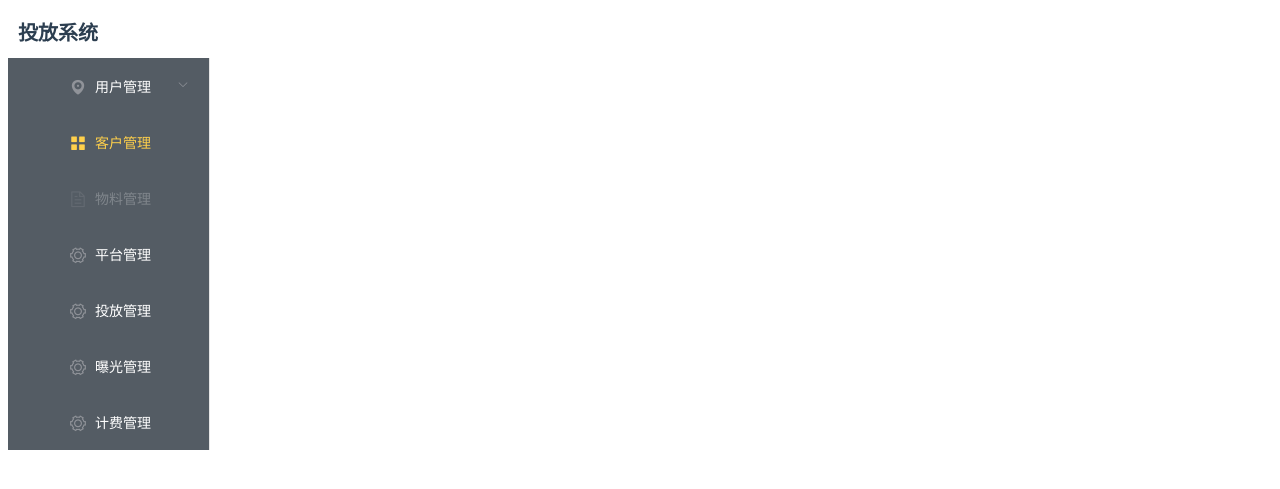
Repository: li1195382526/buy
Page: /
The author's editor kept a copy of each file at every save. The page is drawn from the files as they stood at one save, then again after the next save.
The browser window is 1280 px wide. The pictures show the whole page.
The project was rebuilt for these pictures with package versions that can differ from the ones it lists, and the page was loaded fresh each time. Also part of the build but not shown: src/components/HelloWorld.vue.

Above is the page before, as saved 2021-06-04 17:31:20.

### index.html
<!DOCTYPE html>
<html>
  <head>
    <meta charset="utf-8">
    <meta name="viewport" content="width=device-width,initial-scale=1.0">
    <title>buy</title>
  </head>
  <body>
    <div id="app"></div>
    <!-- built files will be auto injected -->
  </body>
</html>

### src/main.js
// The Vue build version to load with the `import` command
// (runtime-only or standalone) has been set in webpack.base.conf with an alias.
import Vue from 'vue'
import App from './App'
import router from './router'
import ElementUI from 'element-ui'
import 'element-ui/lib/theme-chalk/index.css'
import less from 'less'

Vue.use(less)

Vue.config.productionTip = false
Vue.use(ElementUI)
/* eslint-disable no-new */
new Vue({
  el: '#app',
  router,
  components: { App },
  template: '<App/>'
})

### src/router/index.js
import Vue from 'vue'
import Router from 'vue-router'
import HelloWorld from '@/components/HelloWorld'
import Home from '../page/index'

Vue.use(Router)

export default new Router({
  routes: [
    {
      path: '/',
      name: 'index',
      component: Home,
      children:[
         {
          path: '/user',
          name: 'user',
          component: resolve => require(['../page/user/index'], resolve)
        },{
          path: '/customer',
          name: 'customer',
          component: resolve => require(['../page/customer/index'], resolve)
        },{
          path: '/material',
          name: 'material',
          component: resolve => require(['../page/material/index'], resolve)
        },{
          path: '/Platform',
          name: 'Platform',
          component: resolve => require(['../page/Platform/index'], resolve)
        },{
          path: '/Launch',
          name: 'Launch',
          component: resolve => require(['../page/Launch/index'], resolve)
        },{
          path: '/Exposure',
          name: 'Exposure',
          component: resolve => require(['../page/Exposure/index'], resolve)
        },{
          path: '/Billing',
          name: 'Billing',
          component: resolve => require(['../page/Billing/index'], resolve)
        },
      ]
    }
  ]
})

### src/page/index.vue
<template>
    <div>
        <vheader></vheader>
        <div class="box">
            <meun></meun>
            <div>
                <router-view/>
            </div>
        </div>
    </div>
</template>
<script>
import vheader from './header/index'
import meun from './meun/index'
export default {
    components:{
        vheader,meun
    },
    setup() {

    },
    data(){

    }
}
</script>
<style scoped lang="less">
.box{
    width: 100%;
    height: 100%;
    display: flex;
}
</style>

### src/page/header/index.vue
<template>
    <div class="header">
        <div class="sys">
            投放系统
        </div>
    </div>
</template>
<script>
export default {
    setup() {

    },
}
</script>
<style scoped lang="less">
.header{
    height: 50px;
    line-height: 50px;
    //border-bottom:1px solid #ccc;
    .sys{
        font-size: 20px;
        font-weight: 600;
        display: flex;
        margin-left: 10px;
    }
}
</style>

### src/page/meun/index.vue
<template>
<div class="meun">
    <el-col :span="12">
        <el-menu
        default-active="2"
        class="el-menu-vertical-demo"
        @open="handleOpen"
        @close="handleClose"
        background-color="#545c64"
        text-color="#fff"
        active-text-color="#ffd04b">
        <el-submenu index="1" @click="handleGo">
            <template slot="title">
            <i class="el-icon-location"></i>
            <span>用户管理</span>
            </template>
            <el-menu-item-group>
            <template slot="title">分组一</template>
            <el-menu-item index="1-1">选项1</el-menu-item>
            <el-menu-item index="1-2">选项2</el-menu-item>
            </el-menu-item-group>
            <el-menu-item-group title="分组2">
            <el-menu-item index="1-3">选项3</el-menu-item>
            </el-menu-item-group>
            <el-submenu index="1-4">
            <template slot="title">选项4</template>
            <el-menu-item index="1-4-1">选项1</el-menu-item>
            </el-submenu>
        </el-submenu>
        <el-menu-item index="2">
            <i class="el-icon-menu"></i>
            <span slot="title">客户管理</span>
        </el-menu-item>
        <el-menu-item index="3" disabled>
            <i class="el-icon-document"></i>
            <span slot="title">物料管理</span>
        </el-menu-item>
        <el-menu-item index="4">
            <i class="el-icon-setting"></i>
            <span slot="title">平台管理</span>
        </el-menu-item>
        <el-menu-item index="5">
            <i class="el-icon-setting"></i>
            <span slot="title">投放管理</span>
        </el-menu-item>
        <el-menu-item index="5">
            <i class="el-icon-setting"></i>
            <span slot="title">曝光管理</span>
        </el-menu-item>
            <el-menu-item index="5">
            <i class="el-icon-setting"></i>
            <span slot="title">计费管理</span>
        </el-menu-item>
        </el-menu>
    </el-col>
</div>
</template>

<script>
  export default {
    methods: {
      handleOpen(key, keyPath) {
        console.log(key, keyPath);
        this.$router.push({
                    path: '/user',
                })
      },
      handleClose(key, keyPath) {
        console.log(key, keyPath);
      },
      handleGo(){
          this.$router.push({
                    path: '/user',
                })
      }
    }
  }
</script>
<style scoped lang="less">
.meun{
    width: 404px;
    height: 70vh;
    .tac{
        width: 100%;
    }
}
</style>

Loaded but not shown: src/App.vue (common file)

After the next save:
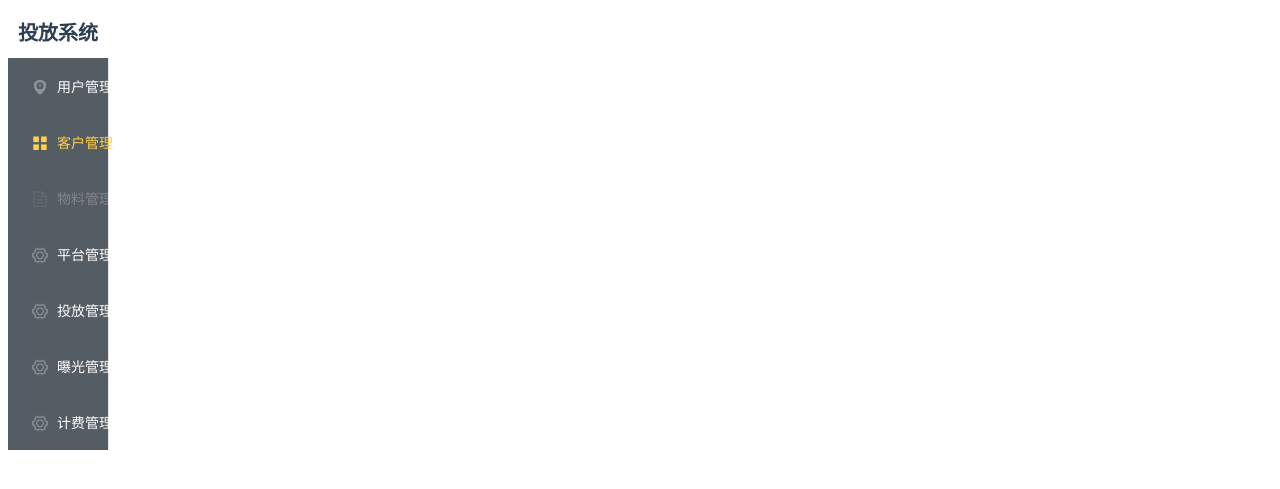
Saved 18 s later.
--- a/src/page/meun/index.vue
+++ b/src/page/meun/index.vue
@@ -78,7 +78,7 @@
 </script>
 <style scoped lang="less">
 .meun{
-    width: 404px;
+    width: 202px;
     height: 70vh;
     .tac{
         width: 100%;

After the 4 saves that followed:
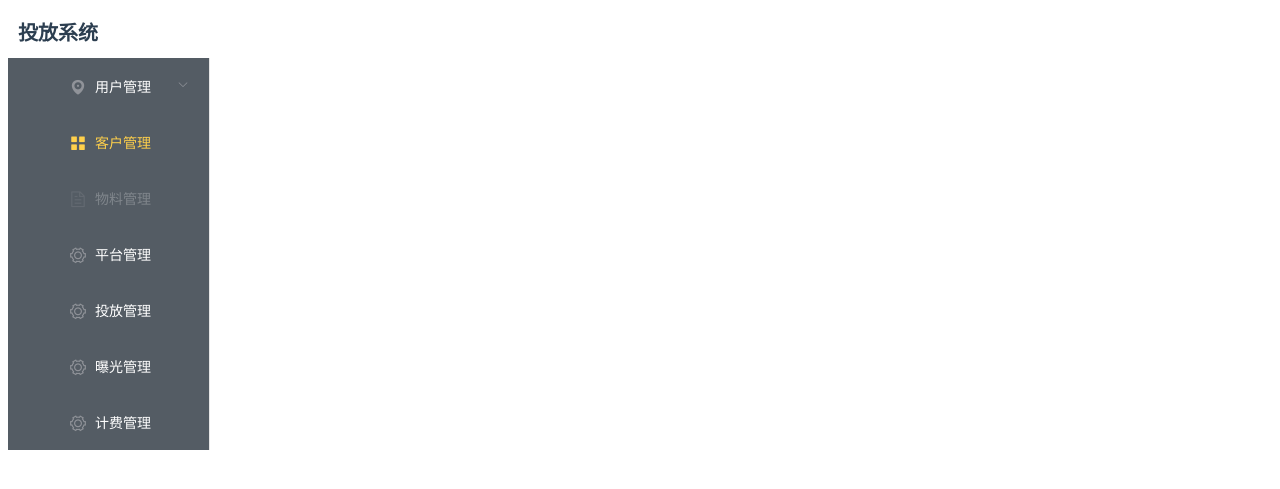
The 4 saves are shown as one change because they came seconds apart.
The last was saved 44 s later.
--- a/src/page/meun/index.vue
+++ b/src/page/meun/index.vue
@@ -1,58 +1,56 @@
 <template>
 <div class="meun">
-    <el-col :span="12">
-        <el-menu
-        default-active="2"
-        class="el-menu-vertical-demo"
-        @open="handleOpen"
-        @close="handleClose"
-        background-color="#545c64"
-        text-color="#fff"
-        active-text-color="#ffd04b">
-        <el-submenu index="1" @click="handleGo">
-            <template slot="title">
-            <i class="el-icon-location"></i>
-            <span>用户管理</span>
-            </template>
-            <el-menu-item-group>
-            <template slot="title">分组一</template>
-            <el-menu-item index="1-1">选项1</el-menu-item>
-            <el-menu-item index="1-2">选项2</el-menu-item>
-            </el-menu-item-group>
-            <el-menu-item-group title="分组2">
-            <el-menu-item index="1-3">选项3</el-menu-item>
-            </el-menu-item-group>
-            <el-submenu index="1-4">
-            <template slot="title">选项4</template>
-            <el-menu-item index="1-4-1">选项1</el-menu-item>
-            </el-submenu>
+    <el-menu
+    default-active="2"
+    class="el-menu-vertical-demo"
+    @open="handleOpen"
+    @close="handleClose"
+    background-color="#545c64"
+    text-color="#fff"
+    active-text-color="#ffd04b">
+    <el-submenu index="1" @click="handleGo">
+        <template slot="title">
+        <i class="el-icon-location"></i>
+        <span>用户管理</span>
+        </template>
+        <el-menu-item-group>
+        <template slot="title">分组一</template>
+        <el-menu-item index="1-1">选项1</el-menu-item>
+        <el-menu-item index="1-2">选项2</el-menu-item>
+        </el-menu-item-group>
+        <el-menu-item-group title="分组2">
+        <el-menu-item index="1-3">选项3</el-menu-item>
+        </el-menu-item-group>
+        <el-submenu index="1-4">
+        <template slot="title">选项4</template>
+        <el-menu-item index="1-4-1">选项1</el-menu-item>
         </el-submenu>
-        <el-menu-item index="2">
-            <i class="el-icon-menu"></i>
-            <span slot="title">客户管理</span>
-        </el-menu-item>
-        <el-menu-item index="3" disabled>
-            <i class="el-icon-document"></i>
-            <span slot="title">物料管理</span>
-        </el-menu-item>
-        <el-menu-item index="4">
-            <i class="el-icon-setting"></i>
-            <span slot="title">平台管理</span>
-        </el-menu-item>
+    </el-submenu>
+    <el-menu-item index="2">
+        <i class="el-icon-menu"></i>
+        <span slot="title">客户管理</span>
+    </el-menu-item>
+    <el-menu-item index="3" disabled>
+        <i class="el-icon-document"></i>
+        <span slot="title">物料管理</span>
+    </el-menu-item>
+    <el-menu-item index="4">
+        <i class="el-icon-setting"></i>
+        <span slot="title">平台管理</span>
+    </el-menu-item>
+    <el-menu-item index="5">
+        <i class="el-icon-setting"></i>
+        <span slot="title">投放管理</span>
+    </el-menu-item>
+    <el-menu-item index="5">
+        <i class="el-icon-setting"></i>
+        <span slot="title">曝光管理</span>
+    </el-menu-item>
         <el-menu-item index="5">
-            <i class="el-icon-setting"></i>
-            <span slot="title">投放管理</span>
-        </el-menu-item>
-        <el-menu-item index="5">
-            <i class="el-icon-setting"></i>
-            <span slot="title">曝光管理</span>
-        </el-menu-item>
-            <el-menu-item index="5">
-            <i class="el-icon-setting"></i>
-            <span slot="title">计费管理</span>
-        </el-menu-item>
-        </el-menu>
-    </el-col>
+        <i class="el-icon-setting"></i>
+        <span slot="title">计费管理</span>
+    </el-menu-item>
+    </el-menu>
 </div>
 </template>
 
